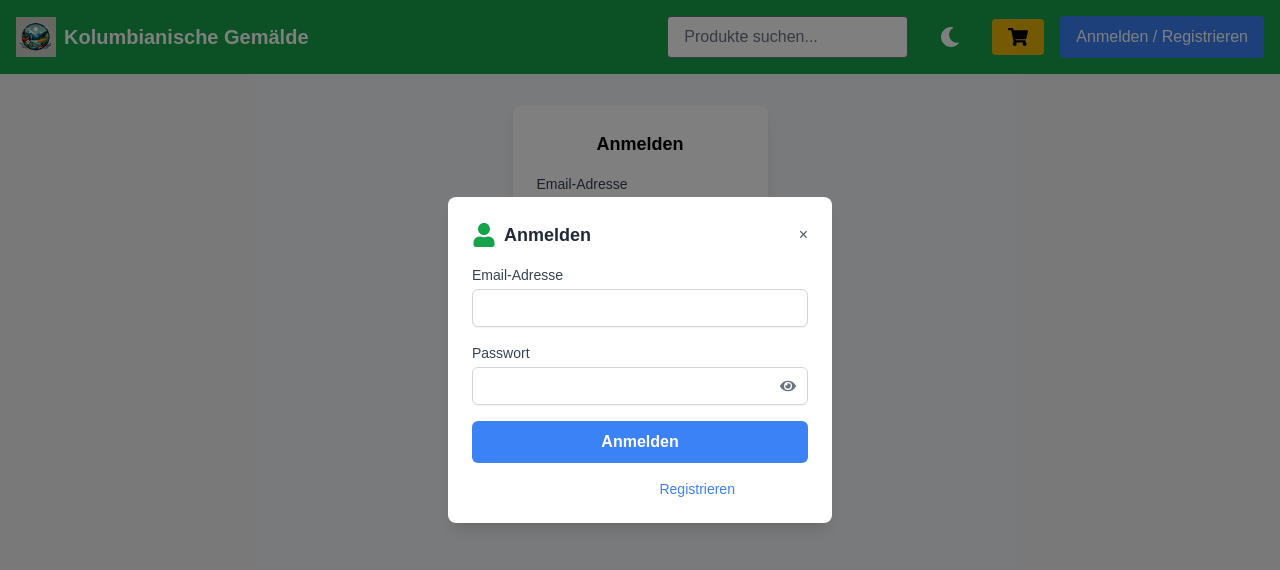
Repository: alixchaparrov/bilder-shop
Page: /, after clicking the first element matching `button.bg-blue-500`
These files come from the project's save history. The page is drawn as it stood at one moment and after the next save; the edit follows.
The browser window is 1280 px wide. The pictures show the whole page.
The page's requests for data from a server got no answer. The project was rebuilt for these pictures with package versions that can differ from the ones it lists, and the page was loaded fresh each time. The framework's server and built-in components were replaced by stand-ins that run in the browser. No one was signed in, and anything a server would have sent is missing. Also part of the build but not shown: next.config.ts, src/store/cartStore.ts, src/app/components/ProductCard.tsx.

Above is the page before, as saved 2025-01-06 16:36:45.

After the next save:
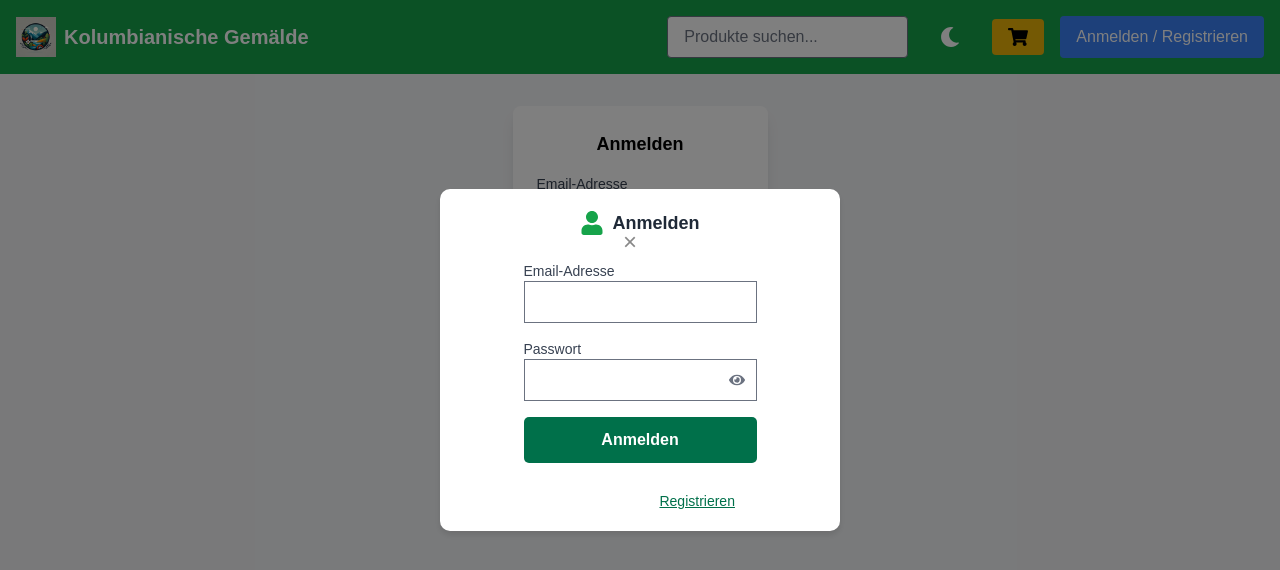
Saved 4 min 46 s later.
--- a/src/app/components/AuthModalContent.tsx
+++ b/src/app/components/AuthModalContent.tsx
@@ -40,26 +40,23 @@ export default function AuthModal({ onClose }: { onClose: () => void }) {
       onClick={onClose}
     >
       <div
-        className="bg-white rounded-lg shadow-lg p-6 w-full max-w-sm"
+        className="modal-container"
         onClick={(e) => e.stopPropagation()}
       >
-        {/* Header */}
-        <div className="flex items-center justify-between mb-4">
-          <div className="flex items-center space-x-2">
-            <FaUser size={24} className="text-green-600" />
-            <h2 className="text-lg font-semibold text-gray-800">
-              {isRegistering ? "Registrieren" : "Anmelden"}
-            </h2>
-          </div>
-          <button
-            onClick={onClose}
-            className="text-gray-600 hover:text-gray-800 focus:outline-none"
-          >
-            &times;
-          </button>
+        {/* Botón de cierre */}
+        <button className="modal-close" onClick={onClose}>
+          &times;
+        </button>
+
+        {/* Título */}
+        <div className="flex items-center space-x-2 mb-6">
+          <FaUser size={24} className="text-green-600" />
+          <h2 className="text-lg font-semibold text-gray-800">
+            {isRegistering ? "Registrieren" : "Anmelden"}
+          </h2>
         </div>
 
-        {/* Form */}
+        {/* Formulario */}
         <form onSubmit={handleSubmit} className="space-y-4">
           {error && <p className="text-red-500 text-sm">{error}</p>}
           {isRegistering && (
@@ -75,7 +72,7 @@ export default function AuthModal({ onClose }: { onClose: () => void }) {
                 type="text"
                 value={name}
                 onChange={(e) => setName(e.target.value)}
-                className="mt-1 block w-full rounded-md border-gray-300 shadow-sm focus:ring-blue-500 focus:border-blue-500 sm:text-sm text-black"
+                className="input"
                 required
               />
             </div>
@@ -92,7 +89,7 @@ export default function AuthModal({ onClose }: { onClose: () => void }) {
               type="email"
               value={email}
               onChange={(e) => setEmail(e.target.value)}
-              className="mt-1 block w-full rounded-md border-gray-300 shadow-sm focus:ring-blue-500 focus:border-blue-500 sm:text-sm text-black"
+              className="input"
               required
             />
           </div>
@@ -109,7 +106,7 @@ export default function AuthModal({ onClose }: { onClose: () => void }) {
                 type={showPassword ? "text" : "password"}
                 value={password}
                 onChange={(e) => setPassword(e.target.value)}
-                className="mt-1 block w-full rounded-md border-gray-300 shadow-sm focus:ring-blue-500 focus:border-blue-500 sm:text-sm text-black"
+                className="input"
                 required
               />
               <button
@@ -121,45 +118,47 @@ export default function AuthModal({ onClose }: { onClose: () => void }) {
               </button>
             </div>
           </div>
-          <button
-            type="submit"
-            disabled={loading}
-            className="w-full bg-blue-500 hover:bg-blue-600 text-white font-semibold py-2 rounded-md focus:outline-none"
-          >
-            {loading
-              ? "Bitte warten..."
-              : isRegistering
-              ? "Registrieren"
-              : "Anmelden"}
-          </button>
+
+          {/* Botones y enlaces */}
+          <div className="button-container">
+            <button
+              type="submit"
+              className="button"
+              disabled={loading}
+            >
+              {loading
+                ? "Bitte warten..."
+                : isRegistering
+                ? "Registrieren"
+                : "Anmelden"}
+            </button>
+            <p className="text-center text-sm mt-2">
+              {isRegistering ? (
+                <span>
+                  Haben Sie ein Konto?{" "}
+                  <button
+                    type="button"
+                    onClick={() => setIsRegistering(false)}
+                    className="link"
+                  >
+                    Anmelden
+                  </button>
+                </span>
+              ) : (
+                <span>
+                  Noch kein Konto?{" "}
+                  <button
+                    type="button"
+                    onClick={() => setIsRegistering(true)}
+                    className="link"
+                  >
+                    Registrieren
+                  </button>
+                </span>
+              )}
+            </p>
+          </div>
         </form>
-
-        {/* Footer */}
-        <div className="mt-4 text-sm text-center">
-          {isRegistering ? (
-            <p>
-              Haben Sie ein Konto?{" "}
-              <button
-                type="button"
-                onClick={() => setIsRegistering(false)}
-                className="text-blue-500 hover:underline focus:outline-none"
-              >
-                Anmelden
-              </button>
-            </p>
-          ) : (
-            <p>
-              Noch kein Konto?{" "}
-              <button
-                type="button"
-                onClick={() => setIsRegistering(true)}
-                className="text-blue-500 hover:underline focus:outline-none"
-              >
-                Registrieren
-              </button>
-            </p>
-          )}
-        </div>
       </div>
     </div>
   );
